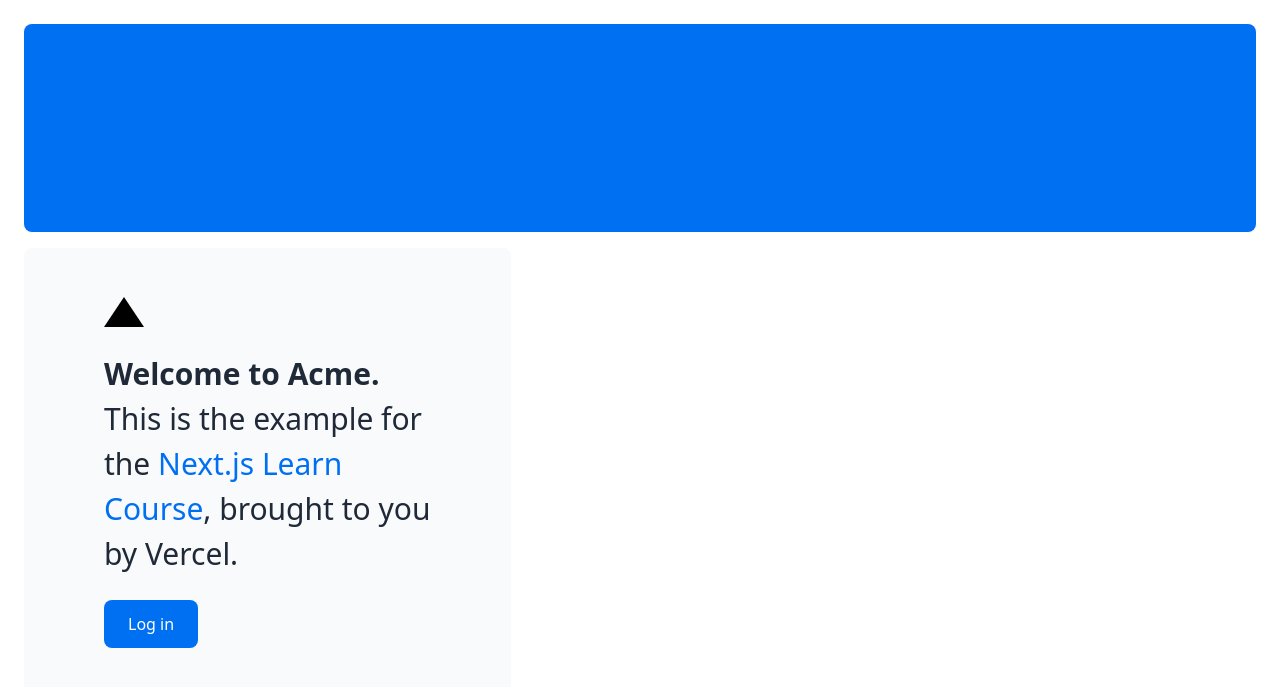
Repository: limaneto/invoices
Page: /
These files come from the project's save history. The page is drawn as it stood at one moment and after the next save; the edit follows.
The browser window is 1280 px wide. The pictures show the whole page.
The project was rebuilt for these pictures with package versions that can differ from the ones it lists, and the page was loaded fresh each time. The framework's server and built-in components were replaced by stand-ins that run in the browser. Also part of the build but not shown: next.config.js.

Above is the page before, as saved 2023-11-02 14:37:04.

### app/layout.tsx
import "@/app/ui/global.css";
import { inter } from './ui/fonts';

export default function RootLayout({
  children,
}: {
  children: React.ReactNode;
}) {
  return (
    <html lang="en">
      <body>{children}</body>
    </html>
  );
}

### app/page.tsx
import AcmeLogo from '@/app/ui/acme-logo';

import Link from 'next/link';
export default function Page() {
  return (
    <main className="flex min-h-screen flex-col p-6">
      <div className="flex h-20 shrink-0 items-end rounded-lg bg-blue-500 p-4 md:h-52">
        {/* <AcmeLogo /> */}
      </div>
      <div className="mt-4 flex grow flex-col gap-4 md:flex-row">
        <div className="flex flex-col justify-center gap-6 rounded-lg bg-gray-50 px-6 py-10 md:w-2/5 md:px-20">
        <div
  className="h-0 w-0 border-b-[30px] border-l-[20px] border-r-[20px] border-b-black border-l-transparent border-r-transparent"
/>
          <p className={`text-xl text-gray-800 md:text-3xl md:leading-normal`}>
            <strong>Welcome to Acme.</strong> This is the example for the{' '}
            <a href="https://nextjs.org/learn/" className="text-blue-500">
              Next.js Learn Course
            </a>
            , brought to you by Vercel.
          </p>
          <Link
            href="/login"
            className="flex items-center gap-5 self-start rounded-lg bg-blue-500 px-6 py-3 text-sm font-medium text-white transition-colors hover:bg-blue-400 md:text-base"
          >
            <span>Log in</span>
          </Link>
        </div>
        <div className="flex items-center justify-center p-6 md:w-3/5 md:px-28 md:py-12">
          {/* Add Hero Images Here */}
        </div>
      </div>
    </main>
  );
}

### app/ui/fonts.ts
import { Inter } from 'next/font/google';

export const inter = Inter({ subsets: ['latin'] });

Loaded but not shown: app/ui/global.css (common file); tailwind.config.ts (common file)

After the next save:
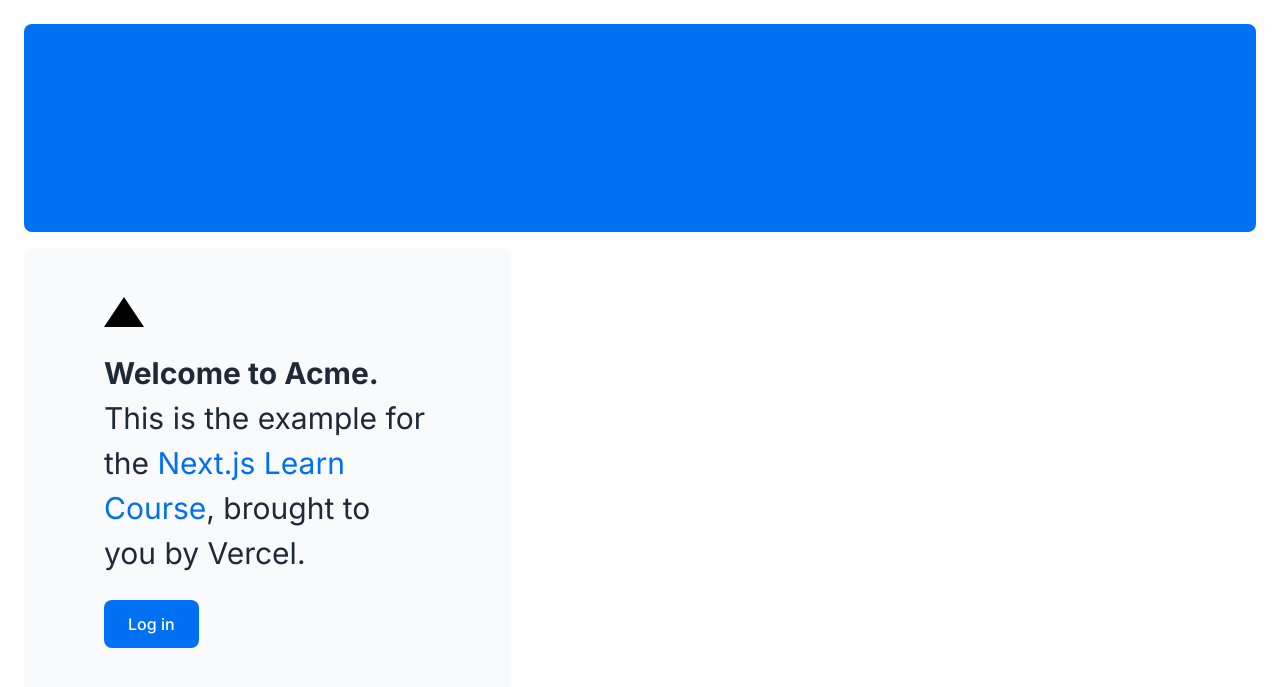
Saved 20 min 48 s later.
--- a/app/layout.tsx
+++ b/app/layout.tsx
@@ -8,7 +8,7 @@
 }) {
   return (
     <html lang="en">
-      <body>{children}</body>
+      <body className={`${inter.className} antialiased`}>{children}</body>
     </html>
   );
 }
